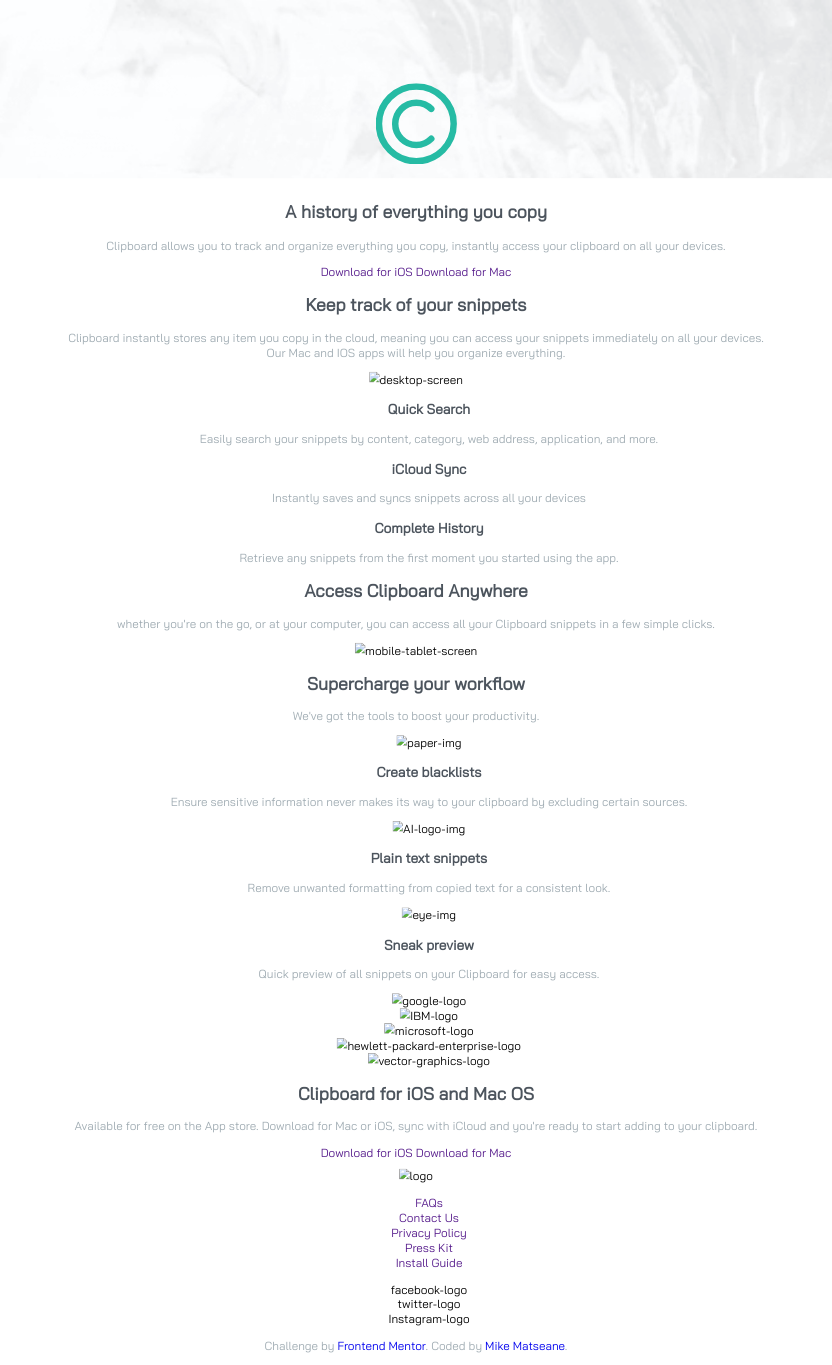
Repository: mikempho/Clipboard-landing-page
Page: index.html
An editor plug-in stored every save of this project. The page is shown before and after the next save, followed by the edit.
The browser window is 1280 px wide. The pictures show the whole page, at 65% of full size.

Above is the page before, as saved 2022-04-11 10:26:43.

After the next save:
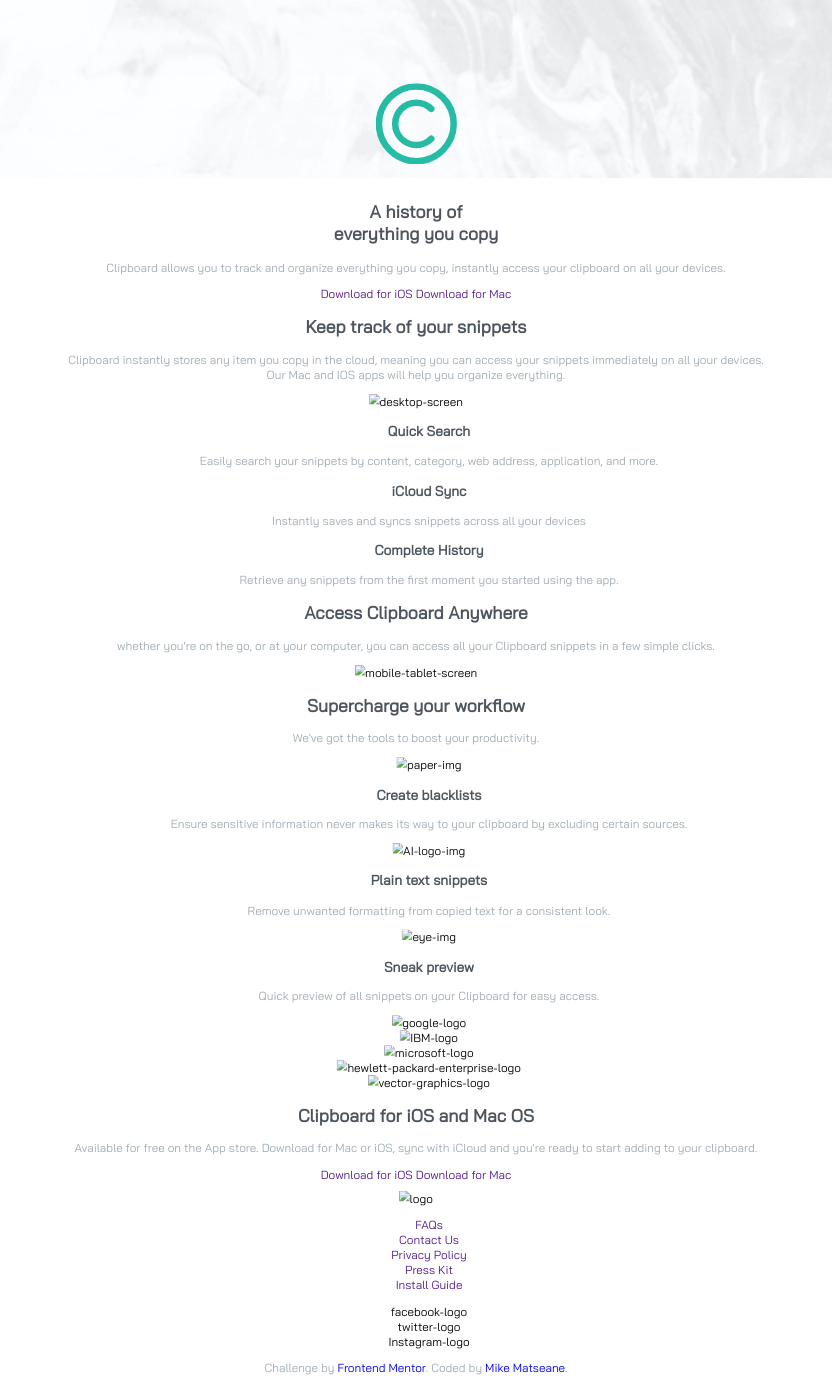
Saved 88 s later.
--- a/index.html
+++ b/index.html
@@ -16,7 +16,7 @@
     </header>
     <main>
       <section class="hero">
-        <h1>A history of everything you copy</h1>
+        <h1>A history of <br> everything you copy</h1>
         <p>Clipboard allows you to track and organize everything you copy, instantly access your clipboard on all your devices.</p>
         <div class="buttons">
           <a href="">Download for iOS</a>
